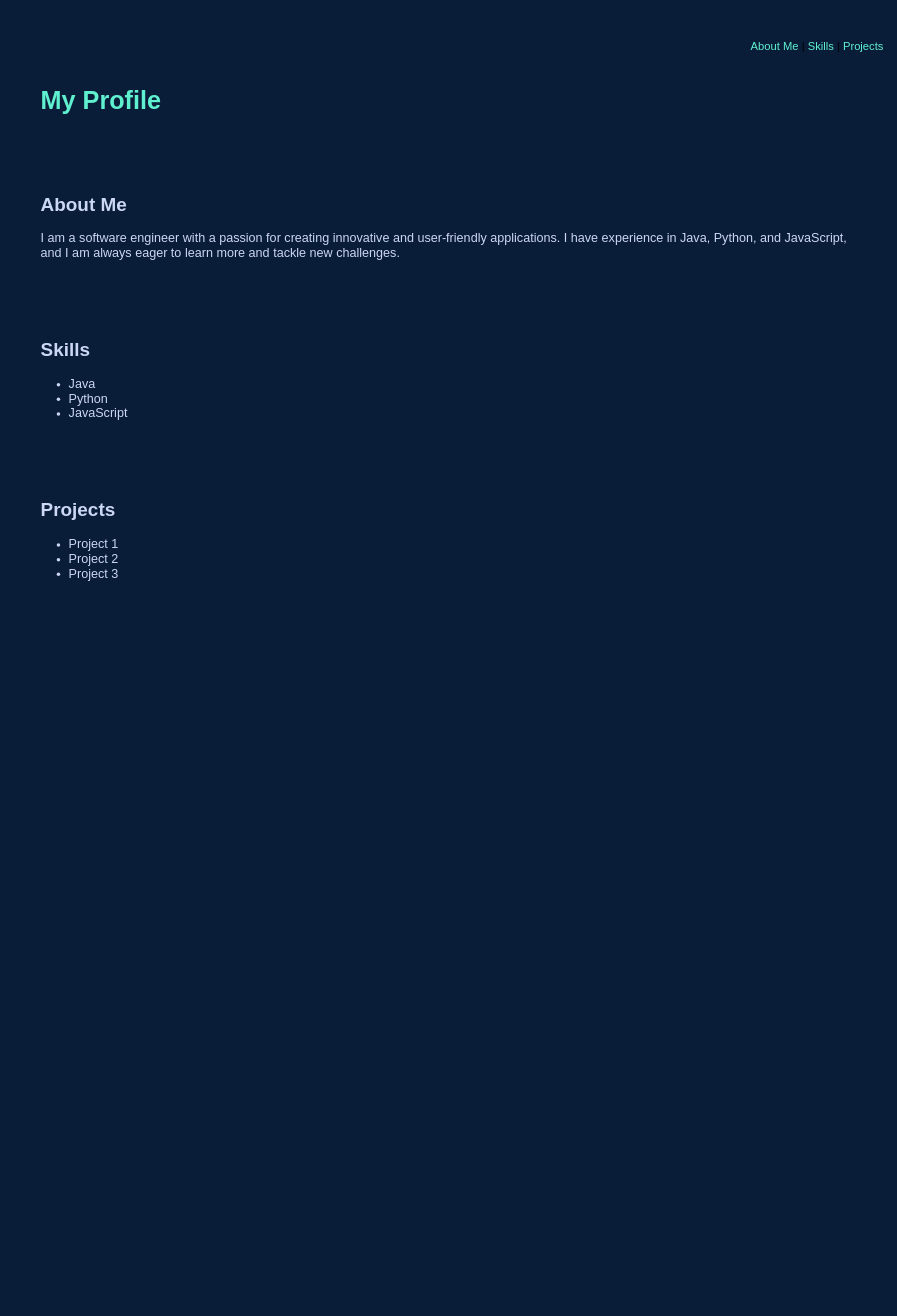
Repository: aoineco/portfolio
Page: index.html
The author's editor kept a copy of each file at every save. The page is drawn from the files as they stood at one save, then again after the next save.
The browser window is 1280 px wide. The page is 1282 px wide, then 1280 px, then 1282 px, so the pictures cover 1282 px, including what lies to the right of the window. The pictures show the part of the page from y = 0 to 1880 px (the page is 15720 px tall before and 15680 px after), at 70% of full size.

Above is the page before, as saved 2023-02-10 11:47:04.

After the next save:
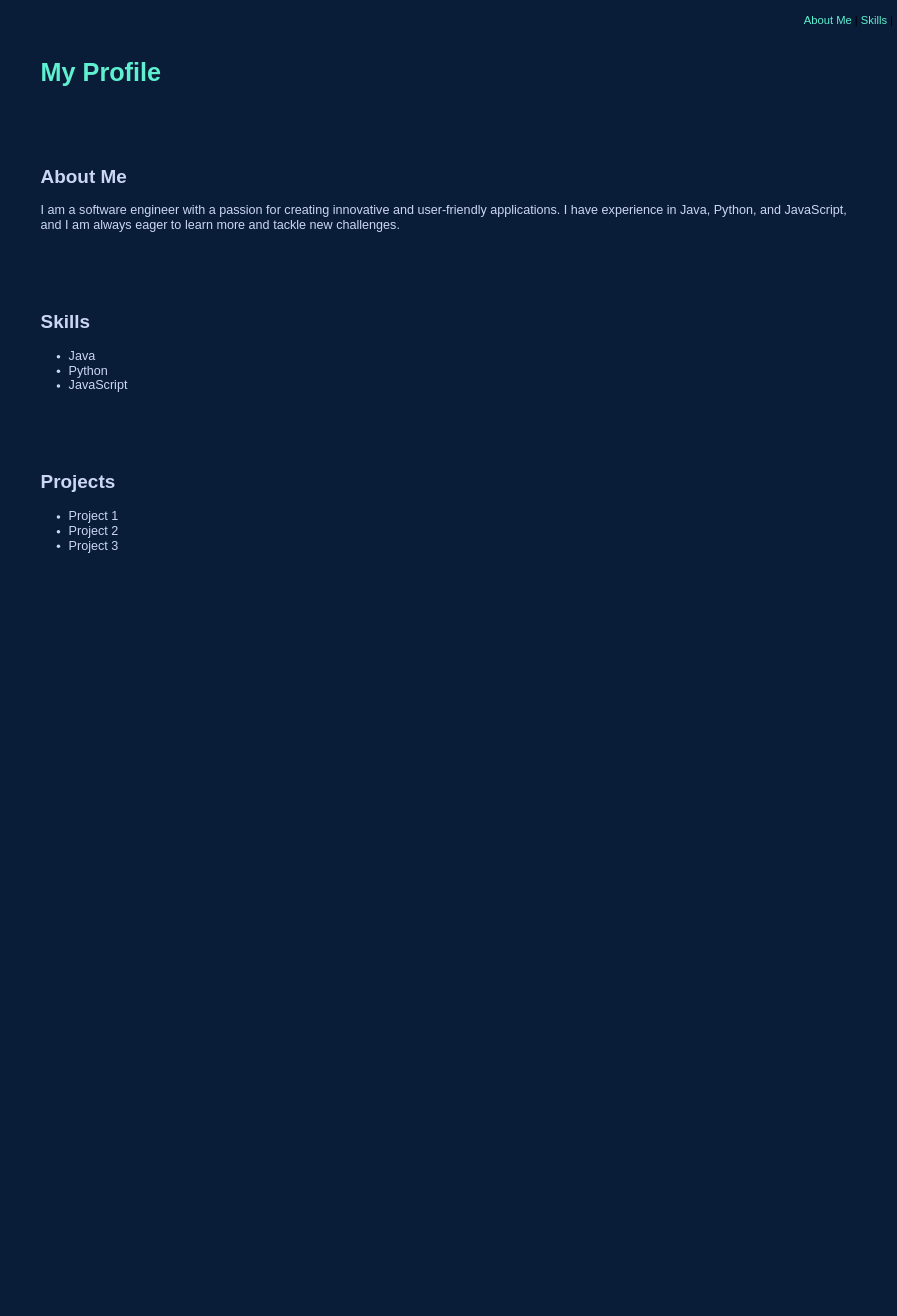
Saved 44 s later.
--- a/script.js
+++ b/script.js
@@ -12,6 +12,6 @@
         header.style.backgroundColor = "transparent";
         header.style.boxShadow = "none";
         header.style.padding = "20px";
-        header.style.position = "relative";
+        header.style.position = "fix";
     }
 };

After the save that followed:
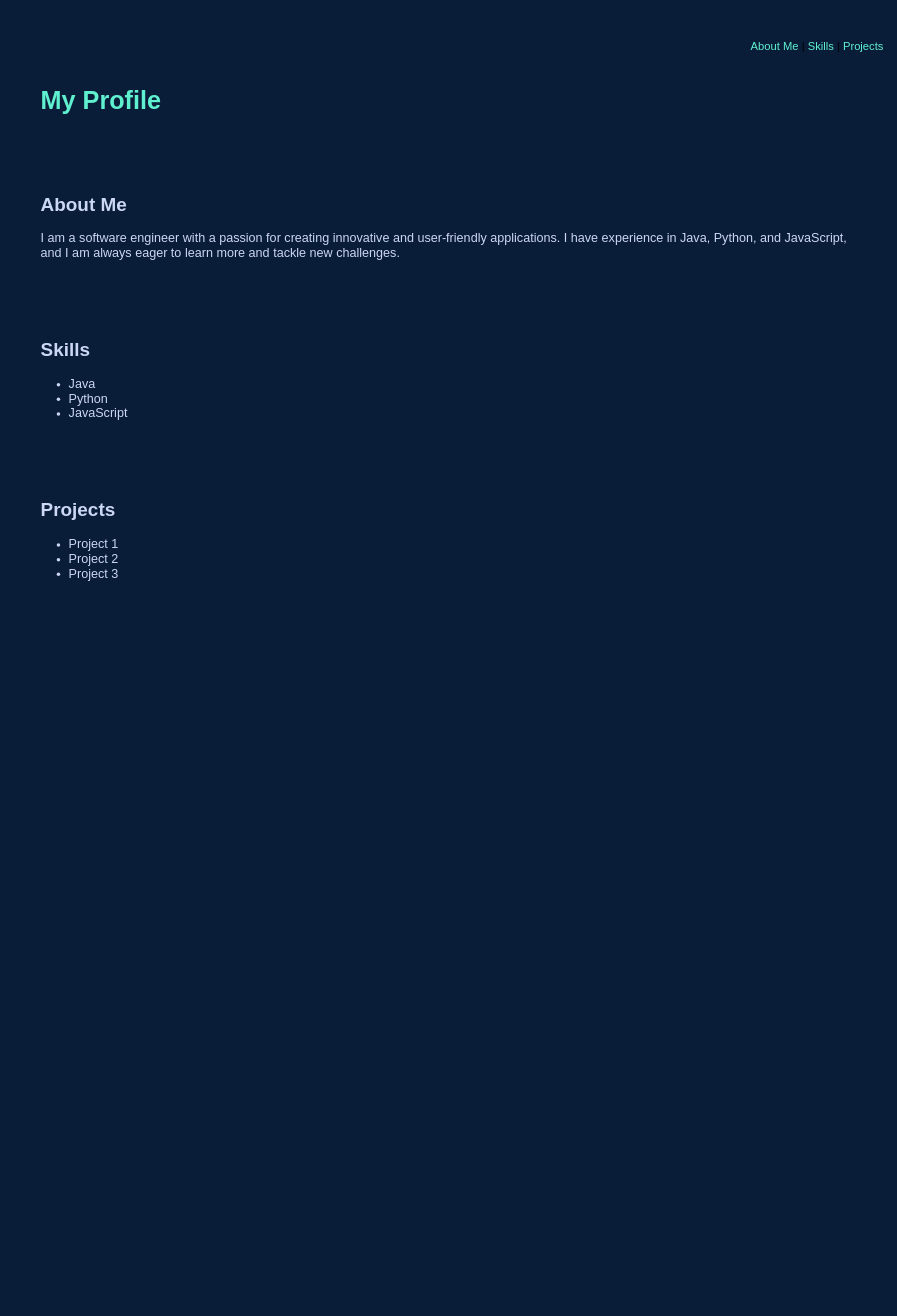
Saved 9 s later.
--- a/script.js
+++ b/script.js
@@ -12,6 +12,6 @@
         header.style.backgroundColor = "transparent";
         header.style.boxShadow = "none";
         header.style.padding = "20px";
-        header.style.position = "fix";
+        header.style.position = "relative";
     }
 };
